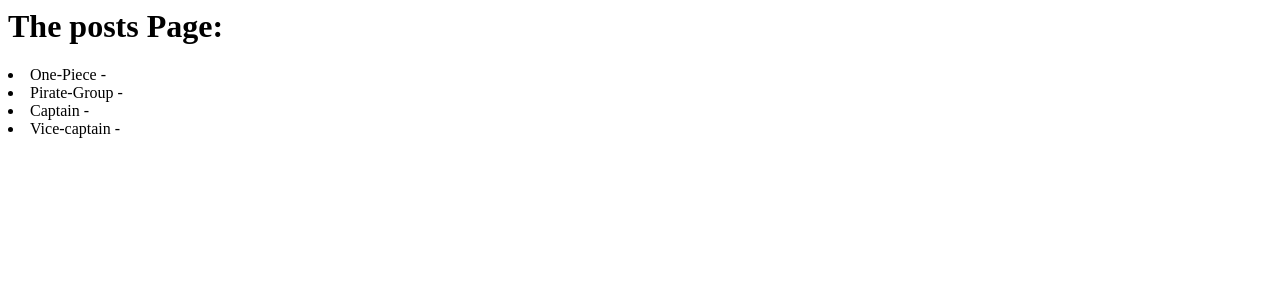
Repository: abedhtiwari14/Cloud-9
Page: http://localhost/posts
The author's editor kept a record of every edit. The page is drawn from the files as they stood at one moment, then again after the next edit.
The browser window is 1280 px wide. The pictures show the whole page.
The page is served by the project's Node server (MoreExpress/EJSDemo/app.js).

Above is the page before.

After the next edit:
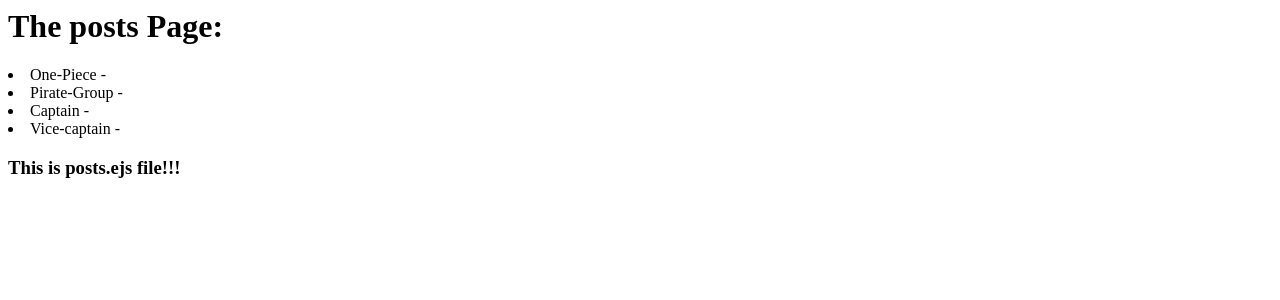
The edit:
--- a/MoreExpress/EJSDemo/views/posts.ejs
+++ b/MoreExpress/EJSDemo/views/posts.ejs
@@ -5,3 +5,5 @@
     <%= posts[i].title %> - <strong><% posts[i].author %></strong>
 </li>
 <% } %>
+
+<h3>This is posts.ejs file!!!</h3>
